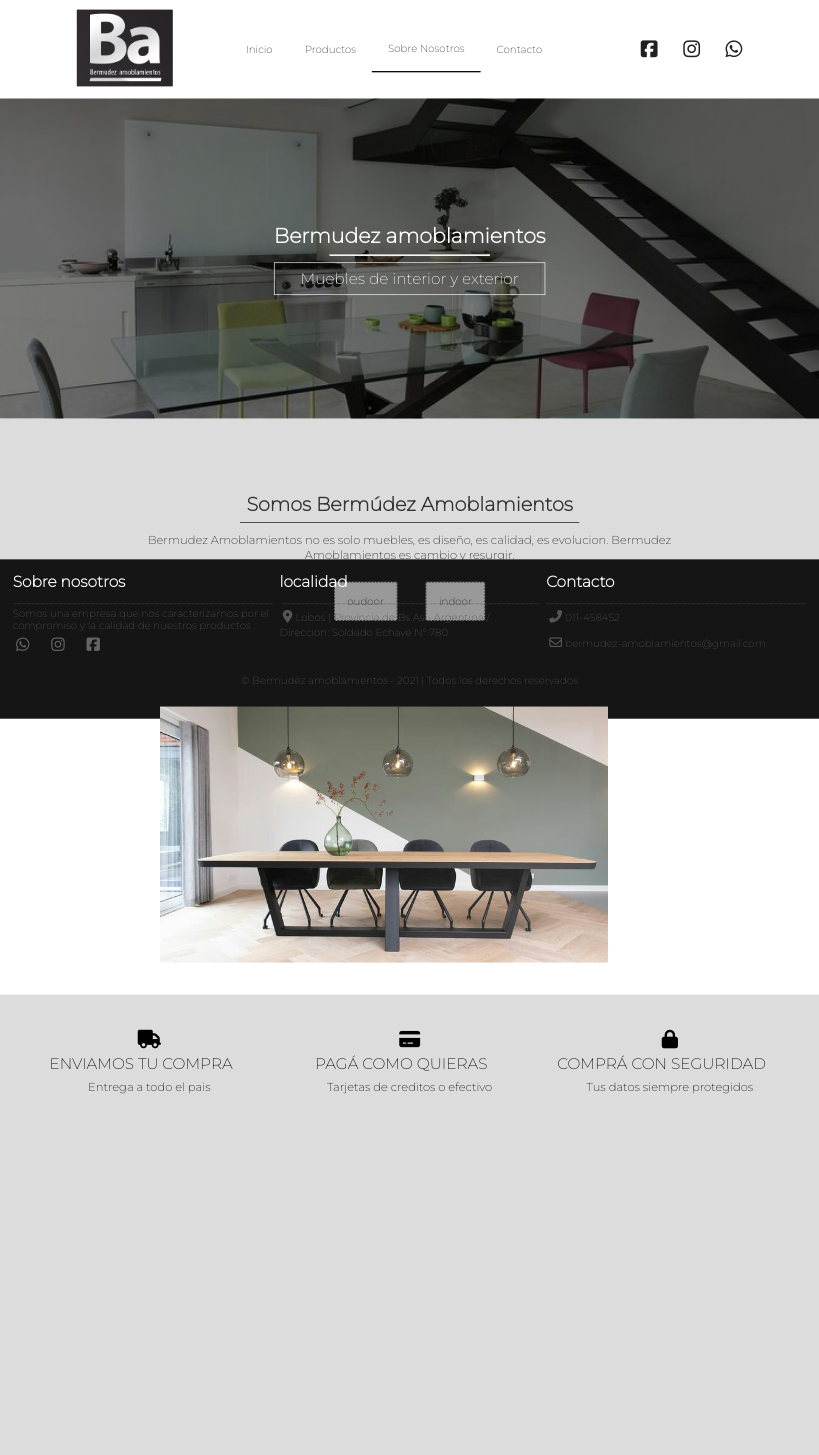
Repository: DamianBermudez94/Bermudez-amoblamientos
Page: index.html
These files come from the project's save history. The page is drawn as it stood at one moment and after the next save; the edit follows.
The browser window is 1280 px wide. The pictures show the whole page, at 64% of full size.
Backgrounds fixed to the window are drawn as part of the page. Some web libraries are served in a nearby version.

Above is the page before, as saved 2022-09-22 19:22:36.

### index.html
<!DOCTYPE html>
<html lang="es">
<head>
    <meta charset="UTF-8">
    <meta http-equiv="X-UA-Compatible" content="IE=edge">
    <meta name="viewport" content="width=device-width, initial-scale=1.0">

    <title>Bermudez-Amoblamientos</title>
    <link rel="shortcut icon" href="Imagenes/favicon (1).jpg" type="image/x-icon">
    <!--Estilos-->
    <link rel="preconnect" href="https://fonts.googleapis.com">
    <link rel="preconnect" href="https://fonts.gstatic.com" crossorigin>
    <link href="https://fonts.googleapis.com/css2?family=Montserrat:wght@200&display=swap" rel="stylesheet">
    <script src="https://kit.fontawesome.com/bdbed0aafa.js" crossorigin="anonymous"></script>
    <link rel="preconnect" href="https://fonts.gstatic.com">
    <link href="https://fonts.googleapis.com/css2?family=Roboto:ital,wght@0,300;0,400;1,100;1,300;1,700&display=swap" rel="stylesheet">
    <!--Componente del header-->
    <script defer src="./header/header.js"></script>
    <link rel="stylesheet" href="./header/header.css">

    <!--Componente del footer-->
    <script defer src="./footer/footer.js"></script>
    <link rel="stylesheet" href="./footer/footer.css">

    <script defer src="slider.js"></script>
    <!--Estilos del index-->
    <link rel="stylesheet" href="index.css">
    <script defer src="index.js"></script>

</head>
<body>
    <!--Ir arriba-->
    <div class="go-top">
        <span><i class="fas fa-chevron-up"></i> <a href="https://www.whatsapp.com"><i class="fab fa-whatsapp"></i></a></span>
    </div>
    <header class="header">

    </header>
    <main class="main" >
        <section class="welcome">
            <div class="welcome__container">
                <h1 class="welcome__title">Bermudez amoblamientos</h1>
                <hr class="linea-title">
                <p class="welcome__sub-title">Muebles de interior y exterior</p>

            </div>
        </section>


        <section class="sobre-nosotros">
            <div class="container-tip">
                <h2 class="title-somos-nosotros">Somos Bermúdez Amoblamientos</h2>

                <p class="title-parrafo">Bermudez Amoblamientos no es solo muebles, es diseño, es calidad, es evolucion. Bermudez Amoblamientos es cambio y resurgir.</p>
                <div class="enlaces">
                    <a class="btn-enlaces" href="oudoor.html">oudoor</a>
                    <a class="btn-enlaces" href="indoor.html">indoor</a>
                </div>
            </div>
        </section>
        <!--Seccion Productos-->

            <section class="section-slider">
                <div class="flexslider">
                    <div class="slider" id="slider">
                        <div class="slider-section">
                            <img class="slider-img" src="./indoor/img-indoor/imagenes-indoor/IMG-20210325-WA0018.jpg" alt="">
                            <!--<section class="flex-slider">
                              <h2 class="slider-title">Productos al 50%</h2>
                              <p class="slider-txt">Ofertas</p>
                              <a href="" class="slider__link">Comprar</a>
                            </section>-->
                        </div>
                        <div class="slider-section">
                            <img class="slider-img" src="./indoor/img-indoor/imagenes-indoor/IMG-20210325-WA0019.jpg" alt="">
                            <!--<section class="flex-slider">
                              <h2 class="slider-title">Productos al 50%</h2>
                              <p class="slider-txt">Ofertas</p>
                              <a href="" class="slider__link">Comprar</a>
                            </section>-->

                        </div>
                        <div class="slider-section" >
                            <img class="slider-img" src="./indoor/img-indoor/imagenes-indoor/IMG-20210325-WA0028.jpg" alt="">
                            <!--<section class="flex-slider">
                              <h2 class="slider-title">Productos al 50%</h2>
                              <p class="slider-txt">Ofertas</p>
                              <a href="" class="slider__link">Comprar</a>
                            </section>-->

                        </div>
                    </div>
                    <!--<span class="btn-slider slider_btn-right" id="btn-right"><i class="fas fa-chevron-right"></i></i></span>
                    <span class="btn-slider slider_btn-left" id="btn-left"><i class="fas fa-chevron-left"></i></span>-->
                </div>
            </section>
                <!--<div class="container-editor">
                    <div class="editor__item">
                        <img src="Imagenes/IMG-20210325-WA0014.jpg" alt="" class="editor-img">
                        <p class="editor-circle">Muebles de interior</p>
                    </div>
                    <div class="editor__item">
                        <img  src="Imagenes/IMG-20210325-WA0026.jpg" alt="" class="editor-img">
                        <p class="editor-circle">Muebles de exterior</p>
                    </div>
                </div>-->
            <!--Seccion tips de compras -->
            <section class="container-tips">
                <div class="tip">
                    <i class="tip-icon fas fa-truck"></i>
                    <h2 class="tip-title">ENVIAMOS TU COMPRA</h2>
                    <p class="parrafo-tips">Entrega a todo el pais</p>

                   <!-- <a href="" class="btn-tip">Comprar</a>
                  <a href="" class="btn-tip">comprar</a>
                  <a href=""class="btn-tip">Comprar</a>-->
                </div>
                <div class="tip">
                    <i class="fas fa-credit-card"></i>
                    <h2 class="tip-title">PAGÁ COMO QUIERAS</h2>
                    <p class="parrafo-tips">Tarjetas de creditos o efectivo</p>

                </div>
                <div class="tip">
                    <i class="fas fa-lock"></i>
                    <h2 class="tip-title">COMPRÁ CON SEGURIDAD</h2>
                  <p class="parrafo-tips">Tus datos siempre protegidos</p>
                </div>

            </section>

    </main>
    <!--Footer-->

    <footer class="footer">

    </footer>
</body>
</html>

### header/header.css
/** Estilos del header **/

.header {
 background-color: #fff;

}

.main-header .container {
  position: fixed;
  top: 0;
  left: 0;
  width: 100%;
  height: 30%;
  display: flex;
  align-items: center;
  justify-content: space-between;
  background: #fff;
  z-index: 9999999999;
  padding: 50px;
}

.main-header__container {
  width: 100%;
  display: flex;
  justify-content:space-between;
  padding: 50px;
}
.redes-sociales {
  color: #212121;
  font-size: 50px;
  margin: 5px;
}

.redes-sociales:hover {
  color: #154f66;
}

.main-header__container-redes {
  display: none;

}

.title-img {
  object-fit: cover;
  width: 100%;
  height: 100px;

}
.img_title {
  position: relative;
  top: 0;
  left: 10px;
}

/** Estilos del Menu **/
.main-nav {
  opacity: 0;
  visibility: hidden;
  transition: all 0.5s;
  z-index: 9999999;
}
.mostrar {
  opacity: 1;
  visibility: visible;
}

.menu {
  position: absolute;
  top: 120px;
  left: 0;
  background: #212121;
  width: 100%;
  list-style: none;
  margin: 0;
  padding: 0;
}
.menu__items {
  margin: auto;
}

.menu-link {
  padding: 25px;
  border-bottom: 1px solid #646464;
  color: #fff;
  text-decoration: none;
  display: block;
}
.menu-link:hover {
  background: #000;
  color: #fff;
}

.sub-menu {
  display: none;
}

.sub-link {
  padding-left: 45px;
  border-bottom: 1px solid #646464;
  text-decoration: none;
  color: #fff;
  display: block;
  font-weight: 300;
  font-size: 16px;
}
.sub-link:hover {
  background: #000;
  color: #fff;
  width: 100%;
}
.sub-items .sub-link {
  list-style: none;
  margin: 0 10px;
  padding: 25px 0;
  padding-left: 48px;
}

.main-header__btn {
  border: 1px solid #000;
  display: block;
  padding: 10px 30px;
  color: #000;
  margin: 10px 0;
  text-decoration: none;
}
.btn-menu{
  position: relative;
  top: 35px;
  left: 95px;
  cursor: pointer;
  transition: all 0.5s ease-in-out ;
}
.menu-btn_burger{
  width: 30px;
  height: 3px;
  position: relative;
  top: 20px;
  left: 20px;
  border-radius: 5px;
  background-color: #000;
  transition: all 0.5s ease-in-out;
}
.menu-btn_burger::before,
.menu-btn_burger::after{
 content: "";
 position: absolute;
 top:0;
 left: 0;
 width: 30px;
 height: 3px;
 background-color: #000;
 border-radius: 5px;
 transition: all 0.5s ease-in-out;
}
.menu-btn_burger::before{
  transform: translateY(-16px);
}
.menu-btn_burger::after{
  transform: translateY(16px);
}
.btn-menu.open .menu-btn_burger {
  transform: translateX(-50px);
  background-color: transparent;
}
.btn-menu.open .menu-btn_burger::before {
  transform: rotate(45deg) translate(35px, -35px);
}
.btn-menu.open .menu-btn_burger::after {
  transform: rotate(-45deg) translate(35px, 35px);
}
@media (min-width: 760px) {


  .main-header__container{
    padding: 50px;

  }
  .main-header__container-redes{
    display: flex;
    justify-content: space-between;
    align-items: center;

  }
  .redes-sociales {
    color: #212121;
    font-size: 25px;
    margin: 10px;
    position: relative;
    top: 0;
    left: 0;
    display: block;
  }
  .menu {
    top: 180px;
  }
  .title-somos-nosotros {
    font-size: 28px;
    text-align: center;
    padding: 10px;
  }
}


@media (min-width: 960px) {

  .main-header__container {
    width: 100%;
    height: 100%;
    display: flex;
    align-items: center;
    justify-content: space-evenly;
    padding: 0 120px 0;


  }

  .main-nav {
    visibility: visible;
    opacity: 1;
    width: 100%;
    right: 25px;
    margin: 0;
  }
  .main-header-link {
    color: #333;
    border-bottom: none;
  }
  .main-header__container .main-nav .menu li a.active {
    border-bottom: 2px solid #000;
  }

  .menu {
    position: static;
    width: 100%;
    display: flex;
    align-items: center;
    justify-content: center;
    background: none;
  }

  .menu__items {
    padding: 0;
    margin: 0;
    display: flex;
  }
  .menu-link {
    color: #212121;
    border-bottom: none;
  }
  .menu-link:hover {
    color: #f7f7f7;
  }

  .main-nav .menu .sub-menu {
    display: none;
    transition: all 0.5s;
  }
  .main-nav .menu .menu__items {
    display: flex;
    justify-content: space-between;
    align-items: center;
  }

  .menu .menu__items:hover .sub-menu {
    display: block;
    position: absolute;
    top: 120px;
    left: 485px;
    width: 300px;
  }

  .sub-link {
    position: relative;
    top: 15px;
    left: 15px;
    width: 300px;
    text-decoration: none;
    color: #151515;
    background: #f7f7f7;
    font-size: 16px;
    transition: all 0.5s;
  }
  .sub-link:hover {
    max-width: 300px;
    color: #fff;
    background: #151515;
  }
  .sub-items {
    list-style: none;
  }

  .title-img {
    object-fit: cover;
    font-size: 24px;
    width: 150px;
    height: 150px;
    padding: 15px 0 15px 0;
    margin: 0;
  }
  .img_title {
    position: initial;
  }

  .main-header__container-redes {

  }
  .redes-sociales {
    position: relative;
    top: 0;
    left: 20px;
    margin: 15px;
    padding: 5px;
    font-size: 30px;
    display: block;
  }
  .btn-menu {
    display: none;
  }
}

### footer/footer.css
/** Estilos Del footer **/

.footer {

  padding: 20px;
  background: #151515;
  color: #fff;
}
.redes-footer {
  padding: 15px;
  position: relative;
  top: 0;
  left: -10px;
  font-size: 1.5em;
  color: #646464;
  margin: 0;
  transition: all 0.5s;
}
.redes-footer:hover {
  color: #fff;
}
.footer-txt {
  color: #555;
  padding: 5px 0;
}
.footer-link {
  color: #555;
  text-decoration: none;
  display: block;
  padding: 10px 0;
}

.title-footer {
  border-bottom: 1px dotted #555;
  padding-bottom: 20px;
}
.redes {
  font-size: 20px;
  margin: 5px;
}
.container-copy{
  text-align: center;
  padding: 10px;
}
.copy {
  color: #555;
  margin: 10px 0;
  padding: 10px;
}
@media screen and (min-width:720px) {
  .container-footer {

    display: grid;
    grid-template-columns: repeat(3, 1fr);
    gap: 10px;

  }

}

### index.css
* {
  padding: 0;
  margin: 0;
  box-sizing: border-box;
  font-family: 'Montserrat', sans-serif;
}

/** Go top **/
.go-top {
  position: fixed;
  bottom: 0px;
  right: -100%;
  width: 50px;
  height: 50px;

  background: #fff;
  z-index: 9999;
  display: flex;
  justify-content: center;
  align-items: center;
  cursor: pointer;
  transition: 500ms;
}
.go-top:hover {
  border: 2px solid #fff;
  border-radius: 50%;
  background: rgb(71, 71, 71);
}
.go-top:hover span {
  color: #fff;
}
.go-top > span {
  font-size: 25px;
  color: #000;
}
main{
  width: 100%;
  height: 100vh;
  background: url("./indoor/img-indoor/imagenes-indoor/IMG-20210325-WA0038.jpg");
  background-attachment: fixed;
  background-position:center;
  background-size:cover;
}

/** Diseño del Welcome**/

.welcome {
  width: 100%;
  height: 500px;
  background-color: rgba(0, 0, 0, 0.5);
  display: flex;
  align-items: center;
  justify-content: center;
  flex-direction: column;
}

.welcome__title {
  font-size: 32px;
  color: #fff;
  font-weight: 700;
  text-align: center;
  margin: 10px;
}

.welcome hr {
  width: 250px;
  margin: auto;
  height: 3px;
  background: #fff;
}
.welcome__sub-title {
  font-size: 24px;
  margin: 10px;
  color: #fff;
  border: 1px solid #fff;
  padding: 10px;

  text-align: center;
}

/** Fin del style**/

/********* Seccion sobre nosotros ****/
.sobre-nosotros{
  width: 100%;
  height: 400px;
}
.container-tip {
  display: flex;
  justify-content: center;
  align-items: center;
  flex-direction: column;
  height: 100%;
  margin: 0;
  padding:10px;
  background-color: #dcdcdc;
}
.title-somos-nosotros {

  font-size: 24px;
  font-weight: bold;
  text-align: center;
  color: #333;
  border-bottom: 1px solid #000;
}

.title-parrafo {
 width: 70%;
  text-align: center;
  font-weight: 400;
  font-size: 18px;
  margin-top: 15px;
  line-height: 24px;
  color: #151515;
}
.enlaces {
  margin-top: 50px;
}
.btn-enlaces {
  width: 100%;
  padding: 20px;
  margin:20px;
  text-decoration: none;
  border: 1px dashed #000;
  transition: all 0.5s;
  cursor: pointer;
  color: #212121;
  background: #999999;
}
.btn-enlaces:hover {
  background: #212121;
  color: #fff;
}


/*****Diseño del slider****/

.flexslider {
  width: 100%;
  height: 500px;
  position: relative;
  overflow: hidden;

}
.slider {
  display: flex;
  width: 300%;
  height: 300px;
  margin-left: -100%;
  position: relative;
}


.slider-section {
  position: relative;
  top: 50px;
  width: 100%;
  display: flex;
  justify-content: center;
  align-items: center;

}

.slider-img {
  position: absolute;
  top: 0;
  width: 300px;
  height: 400px;
  object-fit: cover;

}



/** Seccion tips informaticos **/

.container-tips {
  height: 500px;
  padding: 30px;
  text-align: center;
  background-color: #dcdcdc;
}
.tip-title {
  font-size: 16px;
  font-weight: 300;
}

.tip i {
  font-size: 24px;
  padding: 20px 0;
}
.parrafo-tips {
  font-size: 14px;
  text-align: center;
  font-weight: 300;
  margin-top: 8px;
}

/** Estilo responsive para tablet **/

@media screen and (min-width: 768px) {

  .slider-img {
    width: 600px;
    height: 400px;
    object-fit: cover;

  }
  .container-tips {
    display: grid;
    grid-template-columns: repeat(3, 1fr);
  }
  .tip-icon {
    font-size: 29px;
  }
  .tip-title {
    font-size: 24px;
    font-weight: 700;
  }
  .parrafo-tips {
    font-size: 18px;
  }
  .title-somos-nosotros{
    font-size: 30px;
  }
}

@media (min-width: 1024px) {
  /**header **/
  .header-img {
    display: flex;
    justify-content: center;
    align-items: center;
    margin: 0 auto;
  }
  .header-img .welcome h1 {
    font-size: 50px;
    color: #fff;
    font-weight: 700;

    margin-bottom: 35px;
  }
  .header-img .welcome .linea-title {
    width: 400px;
    height: 5px;
    background: #fff;
    border: none;
    margin-top: -15px;
    text-align: center;
  }
  .header-img .welcome p {
    width: 500px;
    font-size: 30px;
    font-weight: 200;
    color: #fff;
    border: 3px solid #fff;
    padding: 10px;
    margin-top: 30px;
  }

  /** Fin del header **/


  /**** Seccion slider ****/

  .slider-img {
    width: 600px;
    height: 400px;


  }



  /***** Seccion Tips **/
  .container-tips {
    width: 100%;
    height: 100%;
    position: relative;
  }

  .tip-title {
    padding-right: 26px;
    font-weight: 400;
  }
  .tip {
    padding: auto;
    margin: 15px auto;
  }
  .tip i {
    font-size: 29px;
    text-align: center;
    padding: 10px 10px;
  }
  .parrafo-tips {
    font-size: 18px;
    margin: 10px auto;
  }
}
@media screen and (min-width: 1280px) {
  .main-header {
    position: relative;
    width: 100%;
  }
  .main-header .container {
    position: absolute;
    top: 0;
    left: 0;
    width: 100%;
    height: 30%;
    background: #fff;
    display: flex;
    justify-content: space-between;
    align-items: center;
    z-index: 9999999999;
  }
  .container {
    width: 1000px;
    margin: auto;
  }
  .main-header__container:nth-child(3) {
    padding-left: 50px;
  }


  .slider-img {
    width: 700px;
    height: 400px;

  }
}
@media screen and (min-width: 1600px) {
  .main-header {
    position: relative;
    width: 100%;
  }
  .main-header .container {
    position: fixed;
    top: 0;
    left: 0;
    width: 100%;
    height: 30%;
    background: #fff;
    display: flex;
    justify-content: space-between;
    align-items: center;
    z-index: 9999;
  }
  .container {
    width: 1400px;
    margin: auto;
  }
  .main-header__container:nth-child(3) {
    padding-left: 100px;
  }
}

### footer/footer.js
function footerComponet(el) {
  const footerEl = document.createElement("div");
  footerEl.innerHTML = `  <div class="container-footer">
    <div class="footer-section">
        <h2 class="title-footer">Sobre nosotros</h2>
        <p class="footer-txt">Somos una empresa que nos caracterizamos por el compromiso y la calidad de nuestros productos</p>
        <a href="" class="redes-footer"><i class="fab fa-whatsapp"></i></a>
        <a href="" class="redes-footer"><i class="fab fa-instagram"></i></a>
        <a href="" class="redes-footer"><i class="fab fa-facebook-square"></i></a>
    </div>

    <div class="footer-section">
      <h2 class="title-footer">localidad</h2>
      <p class="footer-txt"><i class="fas fa-map-marker-alt redes"></i>Lobos | Provincia de Bs As - Argentina / Direccion: Soldado Echave Nº 780</p>

    </div>
    <div class="footer-section">
      <h2 class="title-footer">Contacto</h2>
      <p class="footer-txt"><i class="fas fa-phone-alt redes"></i>011-458452</p>
      <p class="footer-txt"><i class="far fa-envelope redes"></i>bermudez-amoblamientos@gmail.com</p>
    </div>



  </div>
  <div class="container-copy">
    <p class="copy">&copy; Bermudez amoblamientos - 2021 | Todos los derechos reservados </p>
  </div>
  `;

  el.appendChild(footerEl);
  console.log("sadasdasd", footerEl);
}

### slider.js
// Animacion slider

const slider = document.querySelector("#slider");
let sliderSection = document.querySelectorAll(".slider-section");
let sliderSectionLast = sliderSection[sliderSection.length - 1];

slider.insertAdjacentElement("afterbegin", sliderSectionLast);

function nextRight() {
  let sliderSectionFirts = document.querySelectorAll(".slider-section")[0];

  slider.style.marginLeft = "-200%";
  slider.style.transition = "0.8s ease-in-out";

  setTimeout(function () {
    slider.style.transition = "none";
    slider.insertAdjacentElement("beforeend", sliderSectionFirts);
    slider.style.marginLeft = "-100%";
  }, 1200);
}
function Prev() {
  let sliderSection = document.querySelectorAll(".slider-section");
  let sliderSectionLast = sliderSection[sliderSection.length - 1];
  slider.style.marginLeft = "0";

  setTimeout(function () {
    slider.style.transition = "none";
    slider.insertAdjacentElement("afterbegin", sliderSectionLast);
    slider.style.marginLeft = "-100%";
  }, 1200);
}

/*btnLeft.addEventListener("click", function () {
  Prev();
});
const btnRight = document.querySelector("#btn-right");
const btnLeft = document.querySelector("#btn-left");

btnRight.addEventListener("click", function () {
  nextRight();
});*/

setInterval(function () {
  nextRight();
}, 5000);

### index.js
function main() {
  headertComponet(document.querySelector(".header"));
  footerComponet(document.querySelector(".footer"));

  menu();
}
main();

Loaded but not shown: header/header.js (87 lines, source omitted)

After the next save:
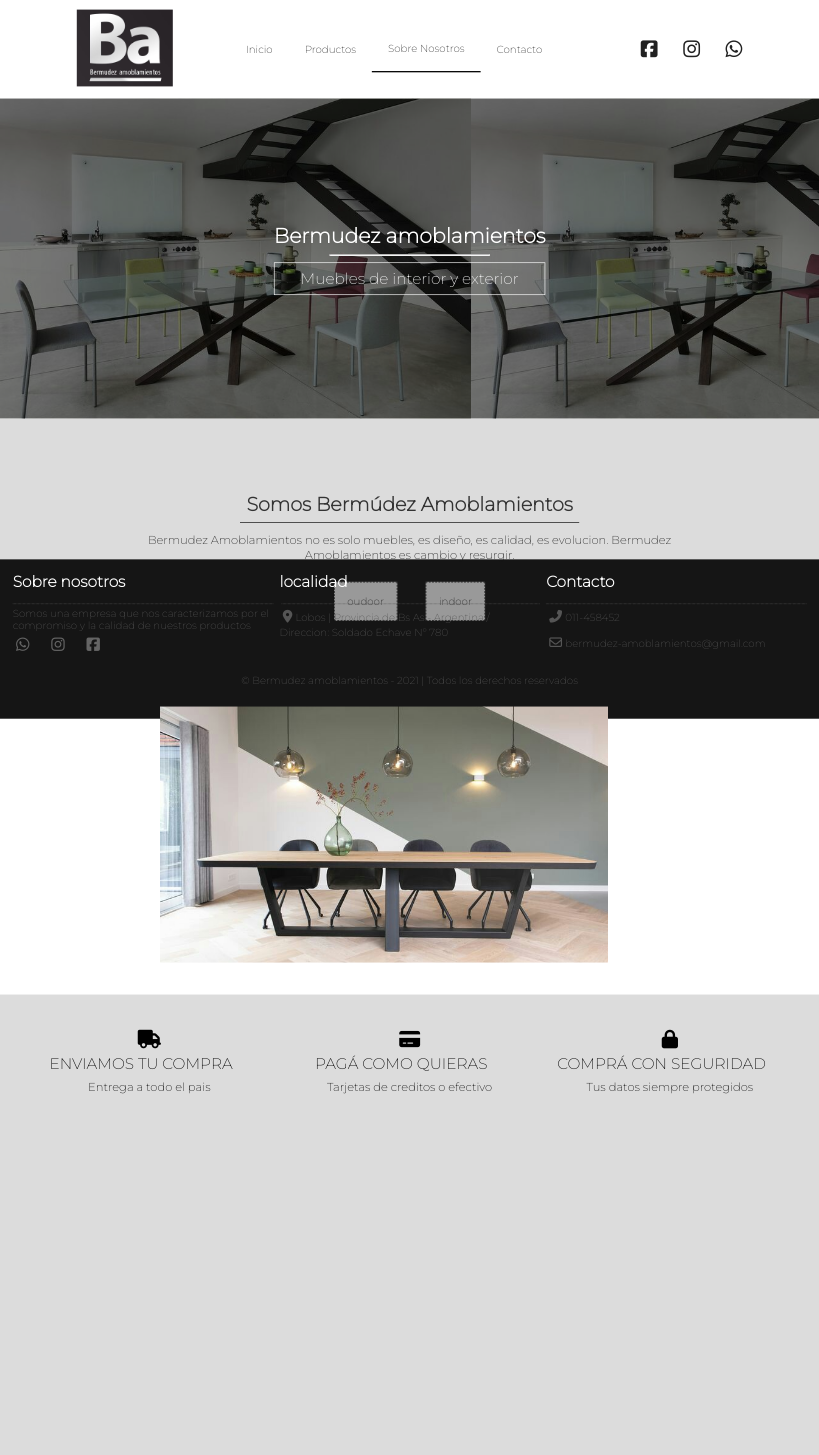
Saved 12 s later.
--- a/index.css
+++ b/index.css
@@ -37,9 +37,7 @@ main{
   width: 100%;
   height: 100vh;
   background: url("./indoor/img-indoor/imagenes-indoor/IMG-20210325-WA0038.jpg");
-  background-attachment: fixed;
-  background-position:center;
-  background-size:cover;
+
 }
 
 /** Diseño del Welcome**/
